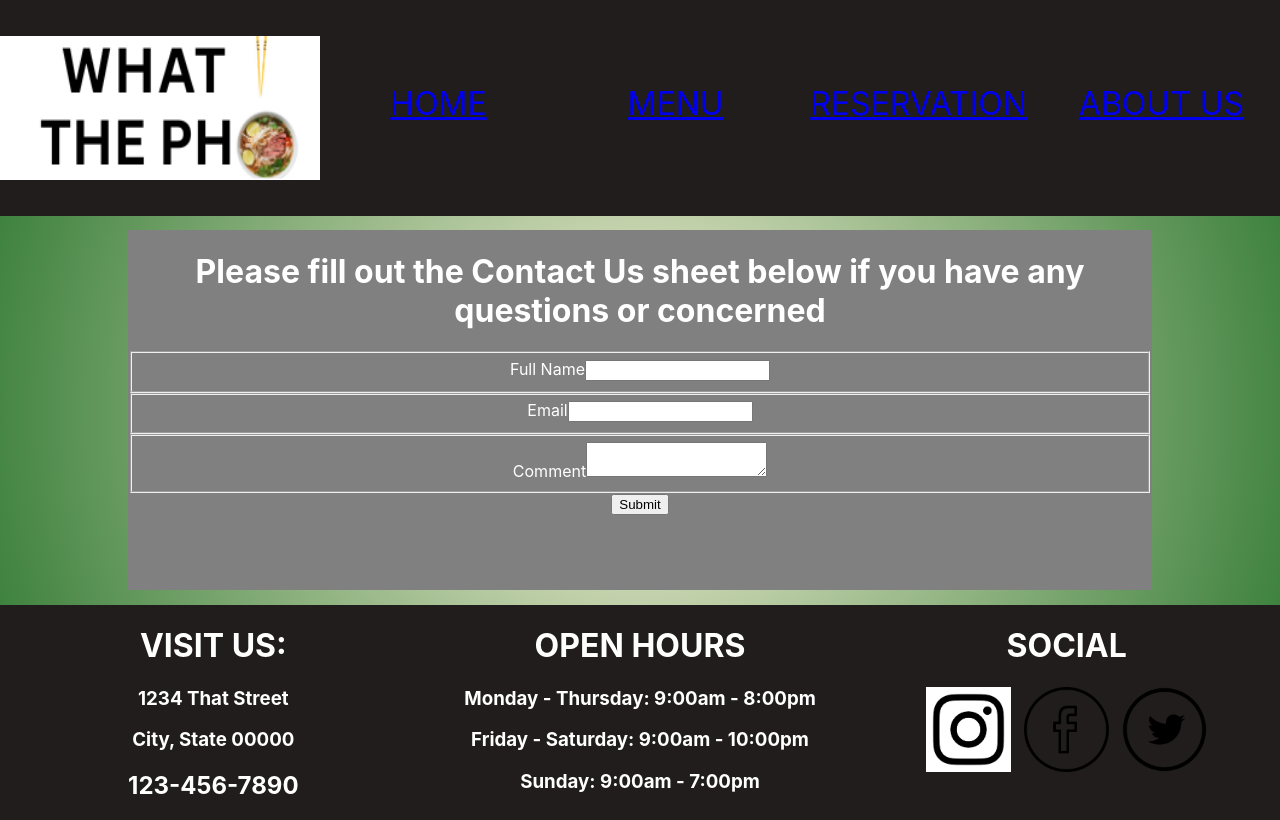
Repository: NguyenkhDang/Restaurant-Website
Page: /contactUs
The author's editor kept a copy of each file at every save. The page is drawn from the files as they stood at one save, then again after the next save.
The browser window is 1280 px wide. The pictures show the whole page.
The project was rebuilt for these pictures with package versions that can differ from the ones it lists, and the page was loaded fresh each time. Also part of the build but not shown: src/CSS/Readmore.css, src/Readmore.js, src/CSS/SectionContainer.css, src/SectionContainer.js, src/CSS/Home.css, src/Pages/HomePage.js, src/Pages/MenuPage.js, src/CSS/ReservationForm.css and 4 more.

Above is the page before, as saved 2026-01-18 21:33:23.

### src/index.js
import React from 'react';
import ReactDOM from 'react-dom/client';
import './index.css';
import App from './App';
import reportWebVitals from './reportWebVitals';
import { BrowserRouter } from "react-router-dom";


const root = ReactDOM.createRoot(document.getElementById("root"));
root.render(
  <BrowserRouter>
    <App />
  </BrowserRouter>
);

// If you want to start measuring performance in your app, pass a function
// to log results (for example: reportWebVitals(console.log))
// or send to an analytics endpoint. Learn more: https://bit.ly/CRA-vitals
reportWebVitals();

### src/App.js

import './App.css';

import NavigationBar from './NavigationBar';
import Footer from "./Footer"
import {Routes, Route} from "react-router-dom"



import HomePage from "./Pages/HomePage"
import MenuPage from "./Pages/MenuPage"
import ReservationPage from "./Pages/ReservationPage"
import AboutUsPage from "./Pages/AboutUsPage"
import ContactUsPage from "./Pages/ContactUsPage"

function App() {


  return (
    <div className="home">
      <NavigationBar />

      <Routes>
        <Route path="/" element={<HomePage />} />
        <Route path="/menu" element={<MenuPage />} />
        <Route path="/reservation" element={<ReservationPage />} />
        <Route path="/aboutUs" element={<AboutUsPage />} />
        <Route path="contactUs" element={<ContactUsPage />} />
      </Routes>

      <Footer />
  </div>
);
}

export default App;

### src/App.css
html{
  -ms-overflow-style: none;
  scrollbar-width: none;
}

.home {
  display: grid;
  margin: 0;
  padding: 0;

  background: radial-gradient(
    circle,
    rgba(245, 240, 213, 1) 0%,
    rgba(38, 115, 42, 1) 100%
  );
  place-items: center;
  text-align: center;
  color: white;
}


html::-webkit-scrollbar {
  display: none;
}

### src/NavigationBar.js
import "./CSS/NavigationBar.css"
import Logo from "./image/CustomLogo2.png"
import { Link } from "react-router-dom"
const NavigationBar = () =>{



  return (
    <div className="navbar">
      <div className="logoImage">
        <img src= {Logo} />
      </div>
      <div className="wholeNavBar">
        <ul>
          <li>
            <Link to="/">HOME</Link>
          </li>
          <li>
            <Link to="/menu">MENU</Link>
          </li>
          <li>
            <Link to="/reservation">RESERVATION</Link>
          </li>
          <li>
            <Link to="/aboutUs">ABOUT US</Link>
          </li>
        </ul>

      </div>
    </div>
  )


}

export default NavigationBar

### src/Footer.js
import "./CSS/Footer.css"
import InstagramIcon from "./image/instagramIcon.png"
import FacebookIcon from "./image/facebookIcon.png"
import TwitterIcon from "./image/twitterIcon.png"
const Footer = () =>{

  return(
    <div className="footer">
      <div>
        <h1>VISIT US:</h1>
        <h3>1234 That Street</h3>
        <h3>City, State 00000</h3>

        <h2>123-456-7890</h2>
      </div>
      <div>
        <h1>OPEN HOURS</h1>
        <h3>Monday - Thursday: 9:00am - 8:00pm</h3>
        <h3>Friday - Saturday: 9:00am - 10:00pm</h3>
        <h3>Sunday: 9:00am - 7:00pm</h3>
      </div>
      <div>
        <h1>SOCIAL</h1>
        <a href="https://www.instagram.com/" target="_blank"><img src={InstagramIcon}/></a>
        <a href="https://www.facebook.com/" target="_blank"><img src={FacebookIcon}/></a>
        <a href="https://x.com/" target="_blank"><img src={TwitterIcon}/></a>
      </div>

    </div>
  )

}

export default Footer

### src/Pages/ContactUsPage.js
import InstagramIcon from "../image/instagramIcon.png"
import FacebookIcon from "../image/facebookIcon.png"
import TwitterIcon from "../image/twitterIcon.png"
import { useRef } from "react"
import "../CSS/ContactUs.css"

const ContactUsPage = () =>{


  const handleSubmit = (e)=>{
    e.preventDefault();
    const url = "https://script.google.com/macros/s/AKfycbzvciRoj96Av9uZ2heb3UUoHOvfd4JqiGr3qXvWCL6rtenJZzz95SFNhb_-OBEtYvj5vw/exec"

    fetch(url,{
      method:"POST",
      body: new FormData(formRef.current)
    } ).then(() => {
      alert("Reservation Submitted ");
    }).catch((error) => console.log(error))
  };

  const formRef= useRef(null)
  return (
    <div className="contactUsPage">
      <h1>
        Please fill out the Contact Us sheet below if you have any questions or concerned
      </h1>
      <form ref={formRef} onSubmit={handleSubmit}>
        <fieldset>
          <label for="name">Full Name</label>
          <input
            type="text"
            name="Name"
            id="name"
            required
          />
        </fieldset>
        <fieldset>
          <label for="phone">Email</label>
          <input
            type="email"
            name="Email"
            id="email"

            />
        </fieldset>
        <fieldset>
          <label for="comment">Comment</label>
          <textarea
            name="Comment"
            style={{
              width: "auto",
              height: "4vh"
            }}
          />
        </fieldset>
        <button>Submit</button>
      </form>
    </div>
  )
}

export default ContactUsPage

### src/CSS/NavigationBar.css
.navbar{
  background-color: rgb(34, 29, 29);
  display: grid;
  grid-template-columns: 25% 75%;
  width: 100vw;
  height: 25vh;
  padding-top: 5vh;
}
.wholeMavBar{
  float: right;
  height: 10vh;
}

.logoImage img{
  height: 20vh;
  width: 25vw;
  object-fit: fill;
  object-position: center;
}

ul{
  align-items: center;
  list-style-type: none;
  display: grid;
  place-items: center;
  grid-template-columns: 1fr 1fr 1fr 1fr;
  margin-top: 5%;
  padding: 0;
}
li a{
  font-size: 2em;
  text-align: center;
  padding: 14px 16px;
}

li a:hover{
  background-color: #c5b1b1;
}

### src/CSS/Footer.css
.footer{
  background-color: rgb(34, 29, 29);
  display: grid;
  grid-template-columns: repeat(3, 1fr);
  width: 100vw;
}

.footer img{
  width: 20%;
}

.footer a{
  margin: 0 0.5vw;
}

### src/CSS/ContactUs.css
.contactUsPage{
  background-color: gray;
  width: 80vw;
  height: 50vh;
  margin: 2vh 0;
}

Loaded but not shown: public/index.html (common file); src/index.css (common file); src/reportWebVitals.js (common file)

After the next save:
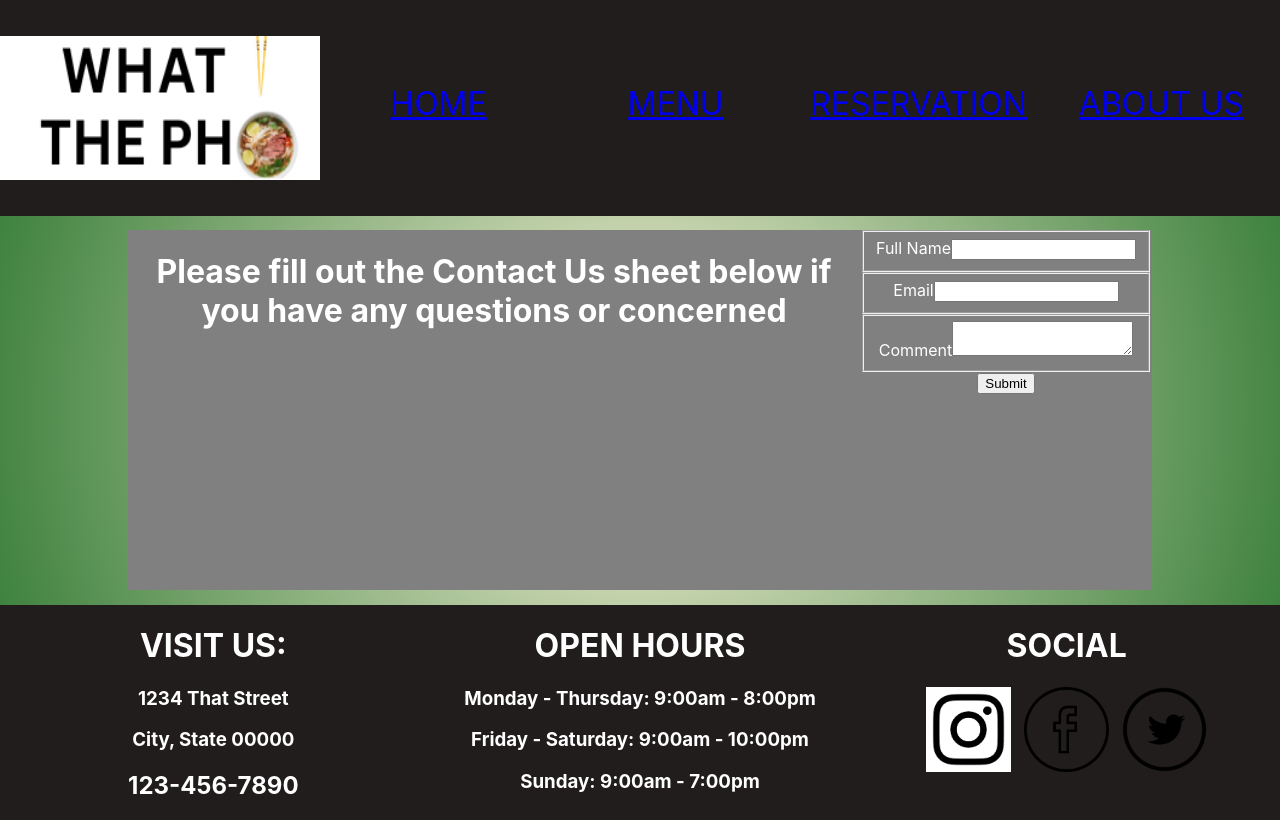
Saved 2 min 35 s later.
--- a/src/CSS/ContactUs.css
+++ b/src/CSS/ContactUs.css
@@ -1,5 +1,7 @@
 .contactUsPage{
   background-color: gray;
+  display: grid;
+  grid-template-columns: repeat(4, auto);
   width: 80vw;
   height: 50vh;
   margin: 2vh 0;
